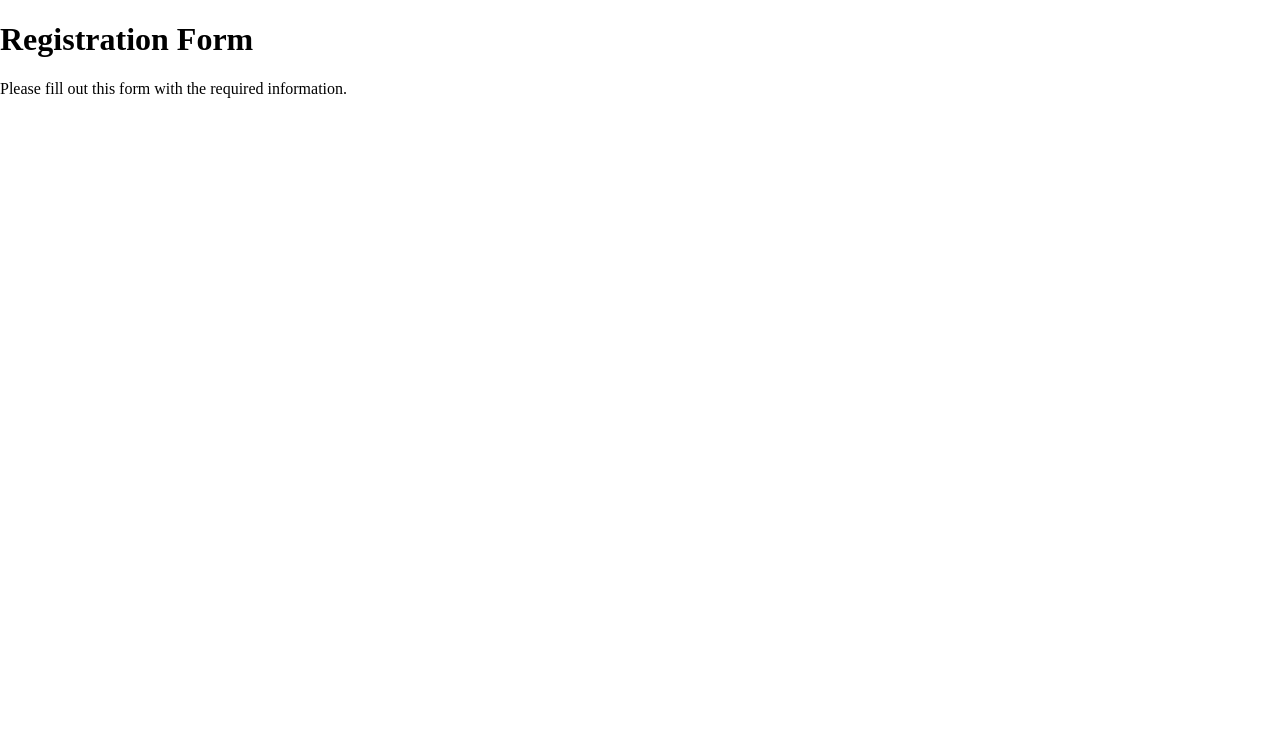
Repository: Lungdjos/registration_form
Page: index.html
The author's editor kept a copy of each file at every save. The page is drawn from the files as they stood at one save, then again after the next save.
The browser window is 1280 px wide. The pictures show the whole page.

Above is the page before, as saved 2023-09-28 14:15:38.

After the next save:
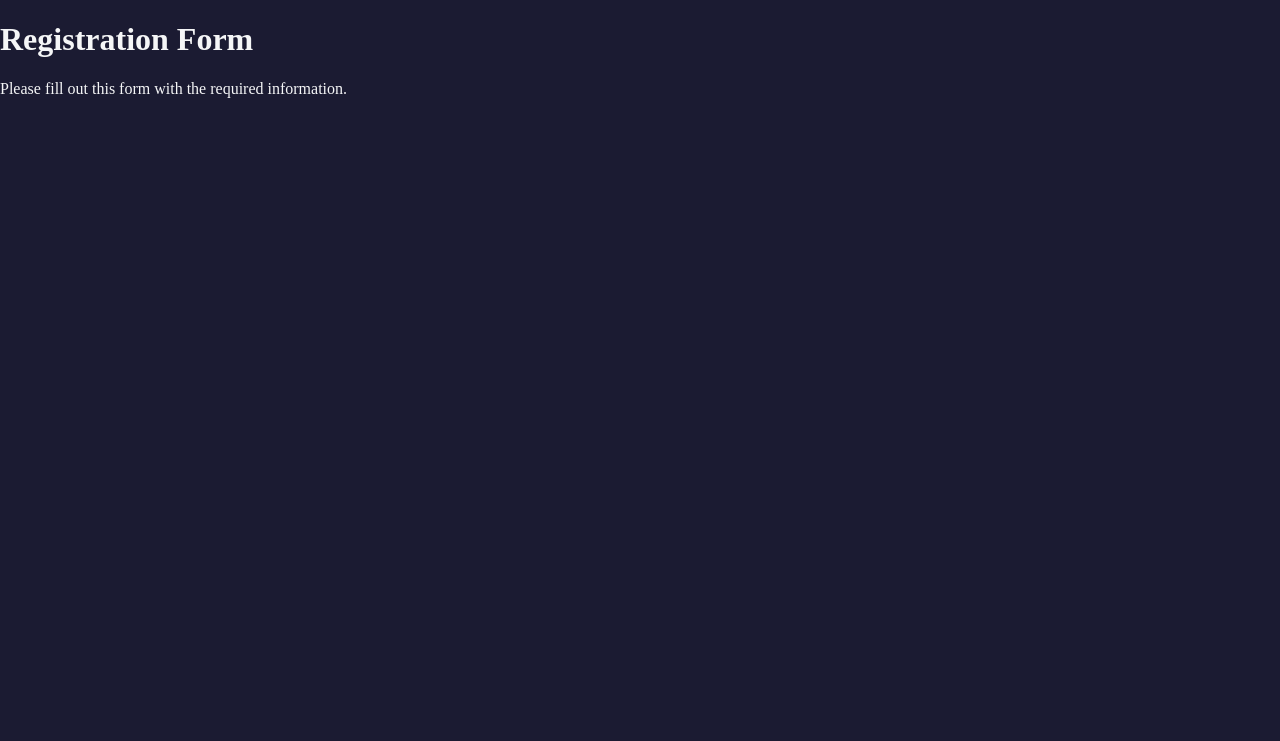
Saved 105 s later.
--- a/indexStyles.css
+++ b/indexStyles.css
@@ -5,4 +5,6 @@
     height: 100vh;
     /* will need to set the value to */
     margin: auto;
+    background-color: #1b1b32;
+    color: #f5f6f7
 }
